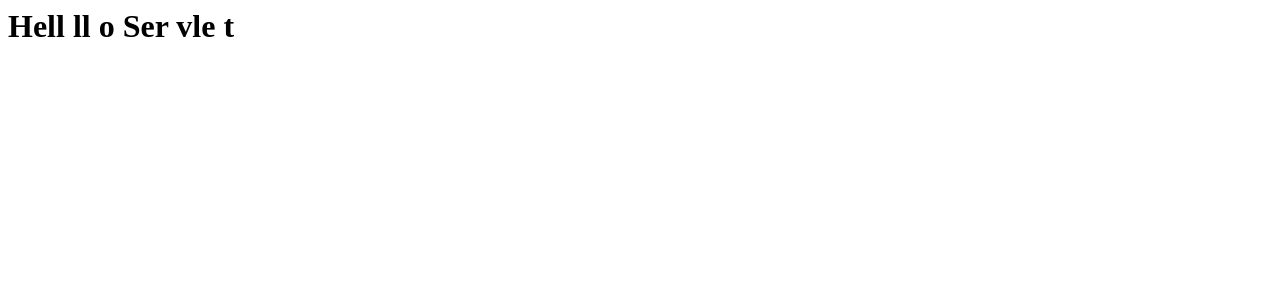
Repository: pencil-HB/SSAFY_Backend
Page: http://localhost/BackendProject/hi
These files come from the project's save history. The page is drawn as it stood at one moment and after the next save; the edit follows.
The browser window is 1280 px wide. The pictures show the whole page.
The page is served by Tomcat 10. Other server files are loaded and not shown.

Above is the page before, as saved 2024-09-23 03:17:10.

### BackendProject/src/main/java/com/basic/HelloServlet.java
package com.basic;

import jakarta.servlet.ServletException;
import jakarta.servlet.annotation.WebServlet;
import jakarta.servlet.http.HttpServlet;
import jakarta.servlet.http.HttpServletRequest;
import jakarta.servlet.http.HttpServletResponse;
import java.io.IOException;
import java.io.PrintWriter;

@WebServlet("/hi")
public class HelloServlet extends HttpServlet {

	//서비스 메소드 : 클라이언트로부터 요청이들어왔을 때 응답을 만들어내는 메소드.
	//request : 클라이언트에서 서버로 들어오는 '요청'과 관련된 모든 정보를 가지고 있는 객체
	//response : 서버에서 클라이언트로 나가는 '응답'과 관련된 모든 정보를 가지고 있는 객체
	protected void doGet(HttpServletRequest request, HttpServletResponse response) throws ServletException, IOException {
		// 1.서버에서 클라이언트로 보내는 응답의 컨텐트 타입 지정
		response.setContentType("text/html;charset=utf-8");//MIME TYPE

		// 2.클라이언트로 보낼 컨텐트의 출력을 위해 출력용 스트림 준비
		PrintWriter out = response.getWriter();

		// 3.스트림으로 보낼 내용 출력
		out.println("<html><body>");
		out.println("<h1>Hell ll o Ser   vle         t</h1>");
		out.println("</html></body>");
	}

	protected void doPost(HttpServletRequest request, HttpServletResponse response) throws ServletException, IOException {
		// TODO Auto-generated method stub
		System.out.println("Do Post");
	}

}

After the next save:
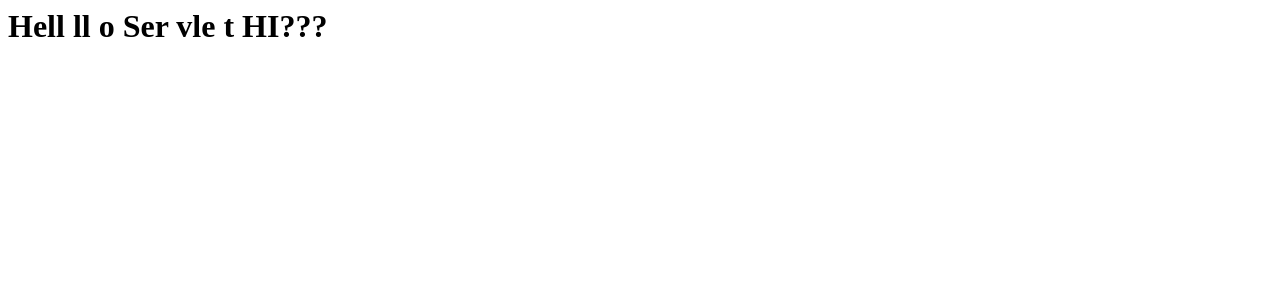
Saved 7 s later.
--- a/BackendProject/src/main/java/com/basic/HelloServlet.java
+++ b/BackendProject/src/main/java/com/basic/HelloServlet.java
@@ -23,7 +23,7 @@ public class HelloServlet extends HttpServlet {
 
 		// 3.스트림으로 보낼 내용 출력
 		out.println("<html><body>");
-		out.println("<h1>Hell ll o Ser   vle         t</h1>");
+		out.println("<h1>Hell ll o Ser   vle         t HI???</h1>");
 		out.println("</html></body>");
 	}
 
